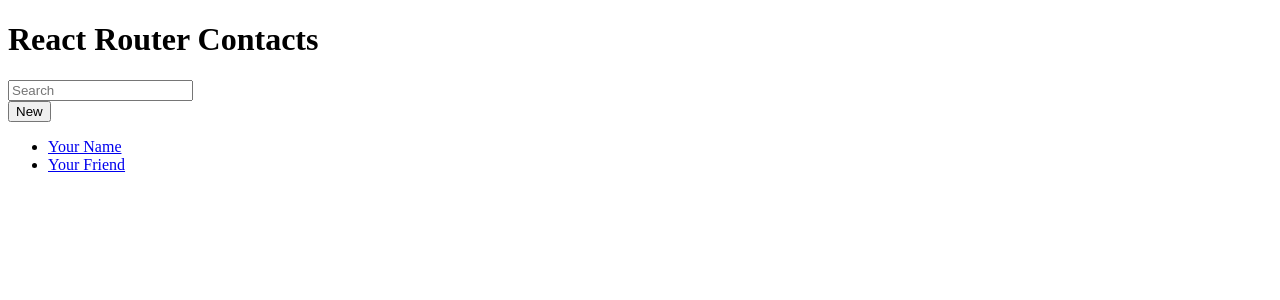
Repository: Teddy1705/demo_pj
Page: /
An editor plug-in stored every save of this project. The page is shown before and after the next save, followed by the edit.
The browser window is 1280 px wide. The pictures show the whole page.
The project was rebuilt for these pictures with package versions that can differ from the ones it lists, and the page was loaded fresh each time. Also part of the build but not shown: vite.config.js.

Above is the page before, as saved 2024-04-15 20:34:26.

After the next save:
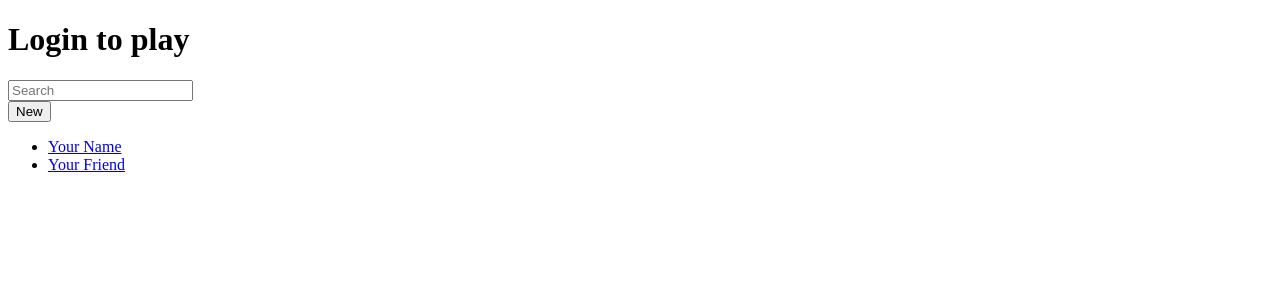
Saved 15 min 47 s later.
--- a/src/routes/root.jsx
+++ b/src/routes/root.jsx
@@ -2,7 +2,7 @@ export default function Root() {
   return (
     <>
       <div id="sidebar">
-        <h1>React Router Contacts</h1>
+        <h1>Login to play</h1>
         <div>
           <form id="search-form" role="search">
             <input
